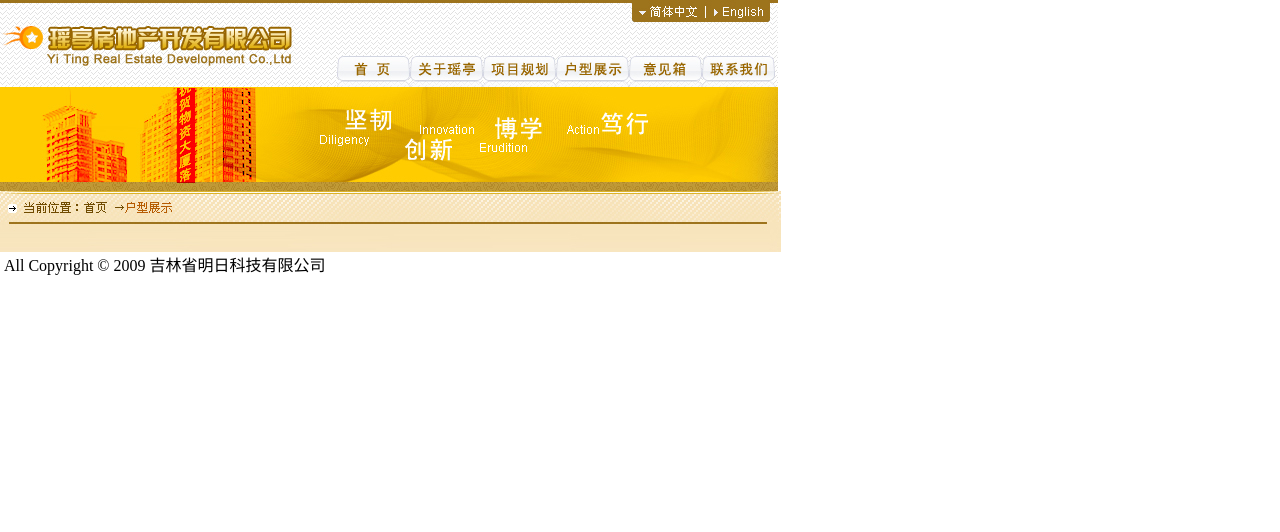
Repository: bookFireFly/bookFireFly
Page: http://localhost/JSP107/
An editor plug-in stored every save of this project. The page is shown before and after the next save, followed by the edit.
The browser window is 1280 px wide. The pictures show the whole page.
The page is served by Tomcat 9.

Above is the page before, as saved 2017-10-24 09:52:07.

After the next save:
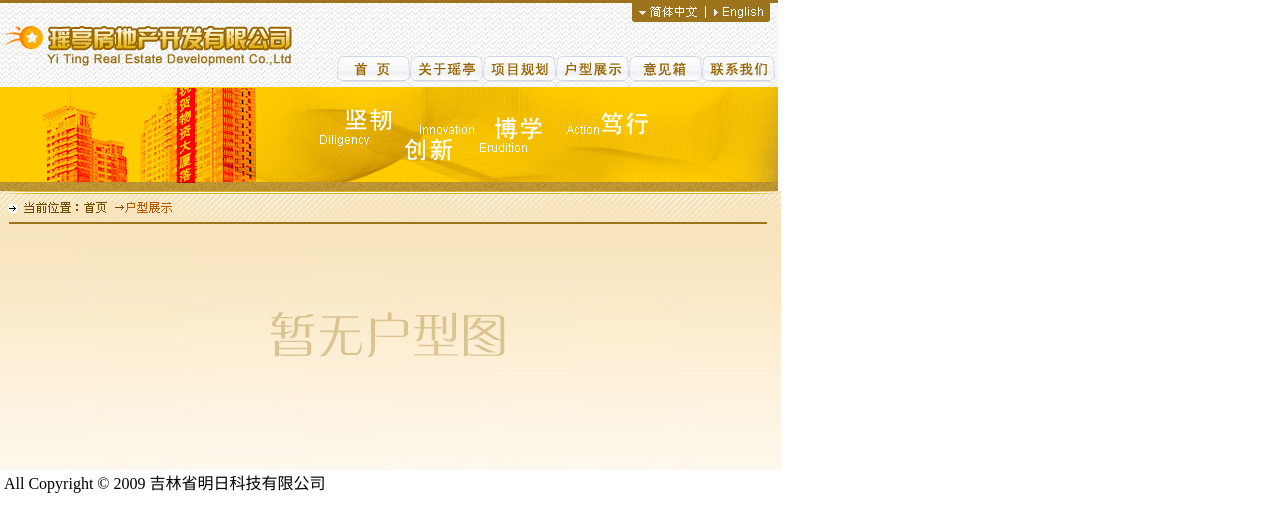
Saved 50 s later.
--- a/JSP107/WebContent/index.jsp
+++ b/JSP107/WebContent/index.jsp
@@ -8,7 +8,7 @@
 </head>
 <body style="margin:0px;">
 <jsp:include page="top.jsp"/>
-<table width="781" height="61" cellpadding="0" cellspacing="0"
+<table width="781" height="279" cellpadding="0" cellspacing="0"
 	background="images/center.JPG" >
 	<tr>
 	<td>&nbsp;</td>
